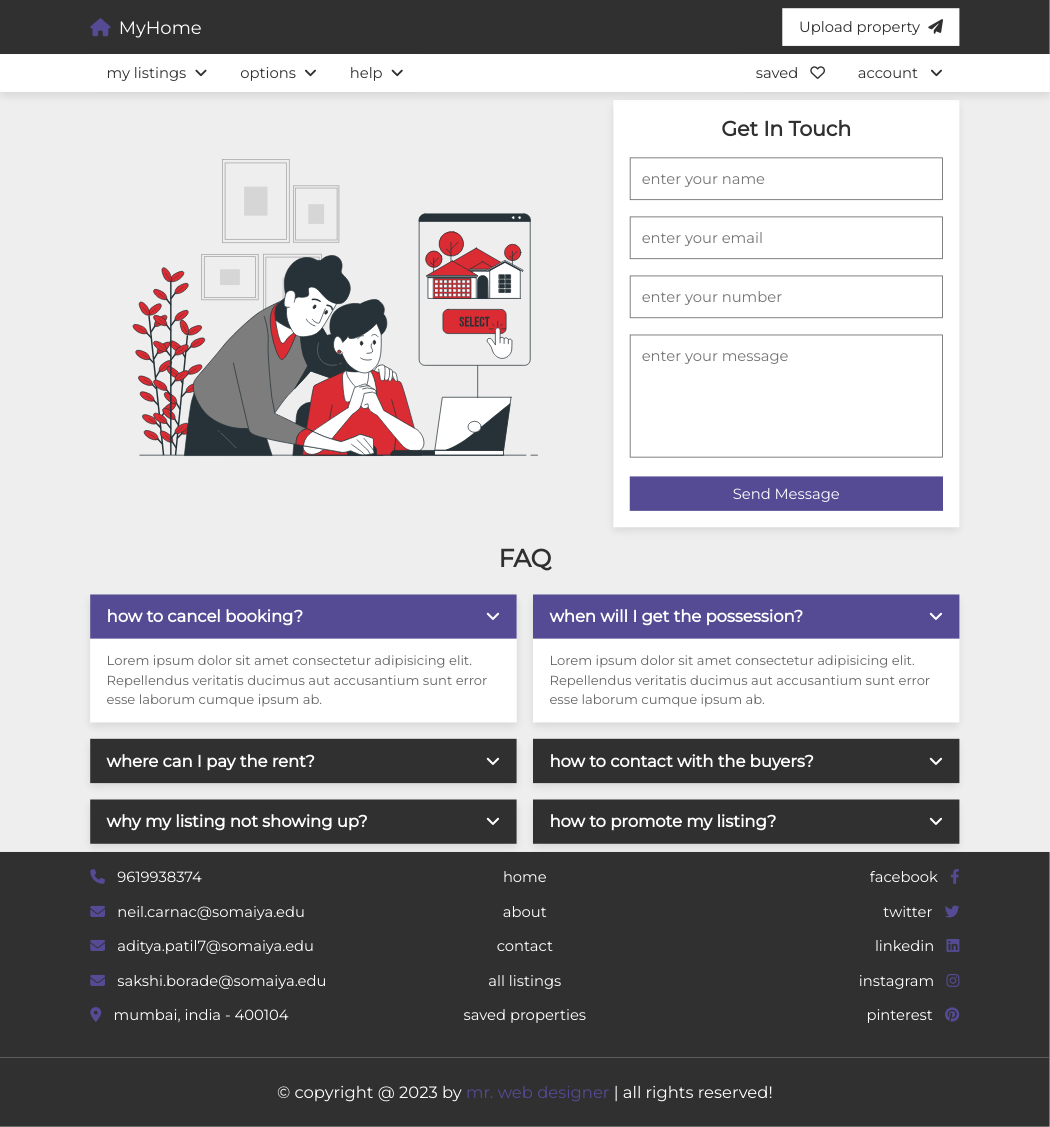
Repository: adi-tya999/wpl-project-realestatewebsite-main
Page: http://localhost/project/contact.php
An editor plug-in stored every save of this project. The page is shown before and after a run of saves, followed by the edit.
The browser window is 1280 px wide. The pictures show the whole page, at 82% of full size.
The page is run by PHP 8.4 with error messages shown; the project is at /var/www/html/.

Above is the page before, as saved 2023-04-29 16:24:42.

### project/contact.php
<?php

include 'components/connect.php';

if(isset($_COOKIE['user_id'])){
   $user_id = $_COOKIE['user_id'];
}else{
   $user_id = '';
}

if(isset($_POST['send'])){

   $msg_id = create_unique_id();
   $name = $_POST['name'];
   $name = filter_var($name, FILTER_SANITIZE_STRING);
   $email = $_POST['email'];
   $email = filter_var($email, FILTER_SANITIZE_STRING);
   $number = $_POST['number'];
   $number = filter_var($number, FILTER_SANITIZE_STRING);
   $message = $_POST['message'];
   $message = filter_var($message, FILTER_SANITIZE_STRING);

   $verify_contact = $conn->prepare("SELECT * FROM `messages` WHERE name = ? AND email = ? AND number = ? AND message = ?");
   $verify_contact->execute([$name, $email, $number, $message]);

   if($verify_contact->rowCount() > 0){
      $warning_msg[] = 'message sent already!';
   }else{
      $send_message = $conn->prepare("INSERT INTO `messages`(id, name, email, number, message) VALUES(?,?,?,?,?)");
      $send_message->execute([$msg_id, $name, $email, $number, $message]);
      $success_msg[] = 'message send successfully!';
   }

}

?>

<!DOCTYPE html>
<html lang="en">
<head>
   <meta charset="UTF-8">
   <meta http-equiv="X-UA-Compatible" content="IE=edge">
   <meta name="viewport" content="width=device-width, initial-scale=1.0">
   <title>Contact Us</title>

   <!-- font awesome cdn link  -->
   <link rel="stylesheet" href="https://cdnjs.cloudflare.com/ajax/libs/font-awesome/6.2.0/css/all.min.css">

   <!-- custom css file link  -->
   <link rel="stylesheet" href="css/style.css">

</head>
<body>

<?php include 'components/user_header.php'; ?>

<!-- contact section starts  -->

<section class="contact">

   <div class="row">
      <div class="image">
         <img src="images/contact-img.svg" alt="">
      </div>
      <form action="" method="post">
         <h3>get in touch</h3>
         <input type="text" name="name" required maxlength="50" placeholder="enter your name" class="box">
         <input type="email" name="email" required maxlength="50" placeholder="enter your email" class="box">
         <input type="number" name="number" required maxlength="10" max="9999999999" min="0" placeholder="enter your number" class="box">
         <textarea name="message" placeholder="enter your message" required maxlength="1000" cols="30" rows="10" class="box"></textarea>
         <input type="submit" value="send message" name="send" class="btn">
      </form>
   </div>

</section>

<!-- contact section ends -->

<!-- faq section starts  -->

<section class="faq" id="faq">

   <h1 class="heading">FAQ</h1>

   <div class="box-container">

      <div class="box active">
         <h3><span>how to cancel booking?</span><i class="fas fa-angle-down"></i></h3>
         <p>Lorem ipsum dolor sit amet consectetur adipisicing elit. Repellendus veritatis ducimus aut accusantium sunt error esse laborum cumque ipsum ab.</p>
      </div>

      <div class="box active">
         <h3><span>when will I get the possession?</span><i class="fas fa-angle-down"></i></h3>
         <p>Lorem ipsum dolor sit amet consectetur adipisicing elit. Repellendus veritatis ducimus aut accusantium sunt error esse laborum cumque ipsum ab.</p>
      </div>

      <div class="box">
         <h3><span>where can I pay the rent?</span><i class="fas fa-angle-down"></i></h3>
         <p>Lorem ipsum dolor sit amet consectetur adipisicing elit. Repellendus veritatis ducimus aut accusantium sunt error esse laborum cumque ipsum ab.</p>
      </div>

      <div class="box">
         <h3><span>how to contact with the buyers?</span><i class="fas fa-angle-down"></i></h3>
         <p>Lorem ipsum dolor sit amet consectetur adipisicing elit. Repellendus veritatis ducimus aut accusantium sunt error esse laborum cumque ipsum ab.</p>
      </div>

      <div class="box">
         <h3><span>why my listing not showing up?</span><i class="fas fa-angle-down"></i></h3>
         <p>Lorem ipsum dolor sit amet consectetur adipisicing elit. Repellendus veritatis ducimus aut accusantium sunt error esse laborum cumque ipsum ab.</p>
      </div>

      <div class="box">
         <h3><span>how to promote my listing?</span><i class="fas fa-angle-down"></i></h3>
         <p>Lorem ipsum dolor sit amet consectetur adipisicing elit. Repellendus veritatis ducimus aut accusantium sunt error esse laborum cumque ipsum ab.</p>
      </div>

   </div>

</section>

<!-- faq section ends -->










<script src="https://cdnjs.cloudflare.com/ajax/libs/sweetalert/2.1.2/sweetalert.min.js"></script>

<?php include 'components/footer.php'; ?>

<!-- custom js file link  -->
<script src="js/script.js"></script>

<?php include 'components/message.php'; ?>

</body>
</html>

### project/components/connect.php
<?php

   $db_name = 'mysql:host=localhost;dbname=home_db';
   $db_user_name = 'root';
   $db_user_pass = '';

   $conn = new PDO($db_name, $db_user_name, $db_user_pass);

   function create_unique_id(){
      $characters = '0123456789abcdefghijklmnopqrstuvwxyzABCDEFGHIJKLMNOPQRSTUVWXYZ';
      $charactersLength = strlen($characters);
      $randomString = '';
      for ($i = 0; $i < 20; $i++) {
          $randomString .= $characters[mt_rand(0, $charactersLength - 1)];
      }
      return $randomString;
  }

?>

### project/components/user_header.php
<!-- header section starts  -->

<header class="header">

   <nav class="navbar nav-1">
      <section class="flex">
         <a href="home.php" class="logo"><i class="fas fa-house"></i>MyHome</a>

         <ul>
            <li class="upload"><a href="post_property.php">Upload property<i class="fas fa-paper-plane"></i></a></li>
         </ul>
      </section>
   </nav>

   <nav class="navbar nav-2">
      <section class="flex">
         <div id="menu-btn" class="fas fa-bars"></div>

         <div class="menu">
            <ul>
               <li><a href="#">my listings<i class="fas fa-angle-down"></i></a>
                  <ul>
                     <li><a href="dashboard.php">dashboard</a></li>
                     <li><a href="post_property.php">post property</a></li>
                     <li><a href="my_listings.php">my listings</a></li>
                  </ul>
               </li>
               <li><a href="#">options<i class="fas fa-angle-down"></i></a>
                  <ul>
                     <li><a href="search.php">filter search</a></li>
                     <li><a href="listings.php">all listings</a></li>
                  </ul>
               </li>
               <li><a href="#">help<i class="fas fa-angle-down"></i></a>
                  <ul>
                     <li><a href="about.php">about us</a></i></li>
                     <li><a href="contact.php">contact us</a></i></li>
                     <li><a href="contact.php#faq">FAQ</a></i></li>
                  </ul>
               </li>
            </ul>
         </div>

         <ul>
            <li><a href="saved.php">saved <i class="far fa-heart"></i></a></li>
            <li><a href="#">account <i class="fas fa-angle-down"></i></a>
               <ul>
                  <li><a href="login.php">login now</a></li>
                  <li><a href="register.php">register new</a></li>
                  <?php if($user_id != ''){ ?>
                  <li><a href="update.php">update profile</a></li>
                  <li><a href="components/user_logout.php" onclick="return confirm('logout from this website?');">logout</a>
                  <?php } ?></li>
               </ul>
            </li>
         </ul>
      </section>
   </nav>

</header>

<!-- header section ends -->

### project/components/footer.php
<!-- footer section starts  -->

<footer class="footer">

   <section class="flex">

      <div class="box">
         <a href="tel:9619938374"><i class="fas fa-phone"></i><span>9619938374</span></a>
         <a href="mailto:neil.carnac@somaiya.edu"><i class="fas fa-envelope"></i><span>neil.carnac@somaiya.edu</span></a>
         <a href="mailto:aditya.patil7@somaiya.edu"><i class="fas fa-envelope"></i><span>aditya.patil7@somaiya.edu</span></a>
         <a href="mailto:sakshi.borade@somaiya.edu"><i class="fas fa-envelope"></i><span>sakshi.borade@somaiya.edu</span></a>
         <a href="#"><i class="fas fa-map-marker-alt"></i><span>mumbai, india - 400104</span></a>
      </div>

      <div class="box">
         <a href="home.php"><span>home</span></a>
         <a href="about.php"><span>about</span></a>
         <a href="contact.php"><span>contact</span></a>
         <a href="listings.php"><span>all listings</span></a>
         <a href="saved.php"><span>saved properties</span></a>
      </div>

      <div class="box">
         <a href="#"><span>facebook</span><i class="fab fa-facebook-f"></i></a>
         <a href="#"><span>twitter</span><i class="fab fa-twitter"></i></a>
         <a href="#"><span>linkedin</span><i class="fab fa-linkedin"></i></a>
         <a href="#"><span>instagram</span><i class="fab fa-instagram"></i></a>
         <a href="#"><span>pinterest</span><i class="fab fa-pinterest"></i></a>

      </div>

   </section>

   <div class="credit">&copy; copyright @ <?= date('Y'); ?> by <span>mr. web designer</span> | all rights reserved!</div>

</footer>

<!-- footer section ends -->

Loaded but not shown: project/components/message.php (common file); project/images/contact-img.svg (1 lines, source omitted); project/js/script.js (21 lines, source omitted); project/css/style.css (1371 lines, source omitted)

After the next 11 saves:
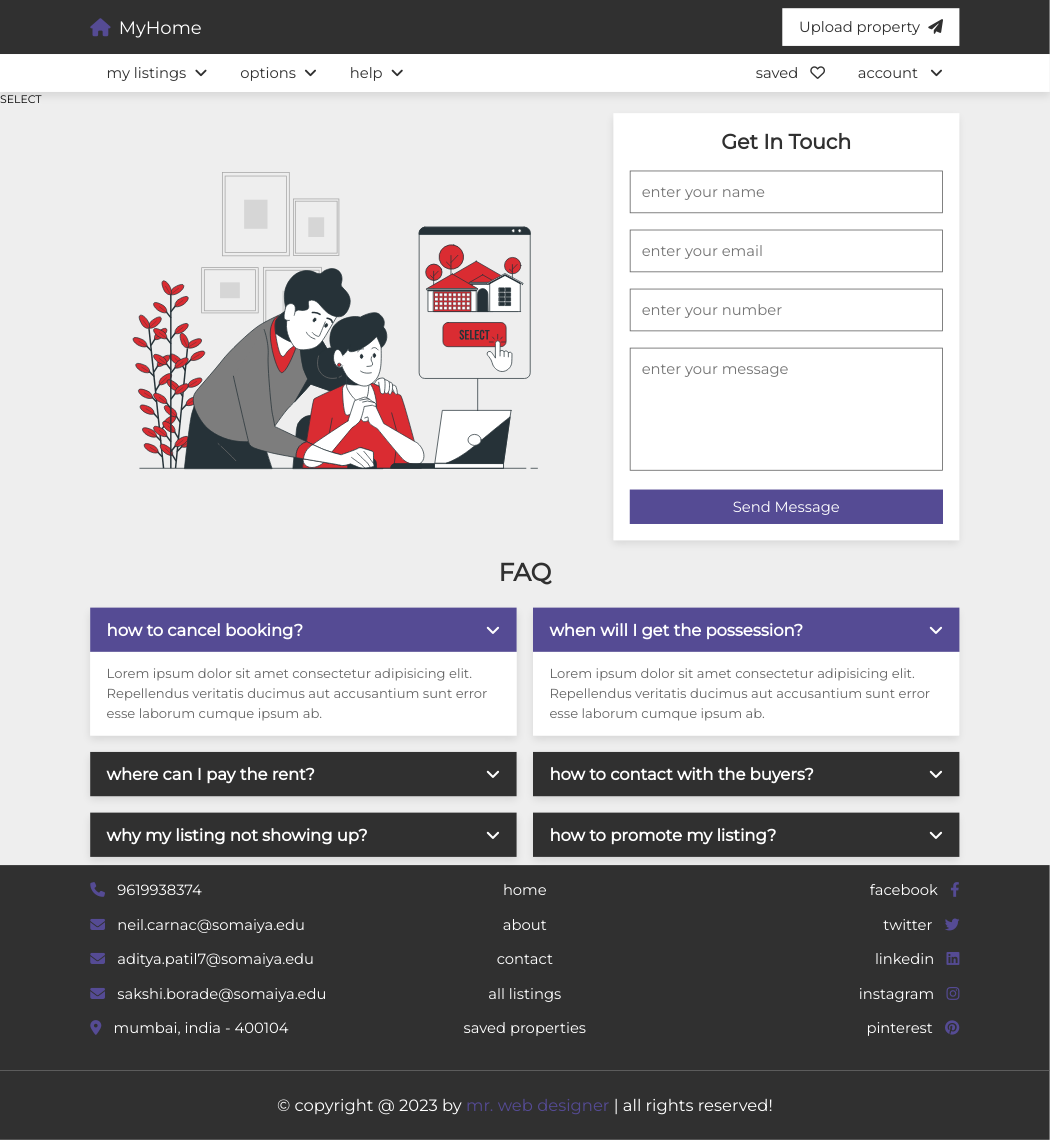
The 11 saves are shown as one change because they came seconds apart.
The last was saved 62 s later.
--- a/project/contact.php
+++ b/project/contact.php
@@ -56,8 +56,8 @@ if(isset($_POST['send'])){
 
 <!-- contact section starts  -->
 
+<button>SELECT</button>
 <section class="contact">
-
    <div class="row">
       <div class="image">
          <img src="images/contact-img.svg" alt="">
